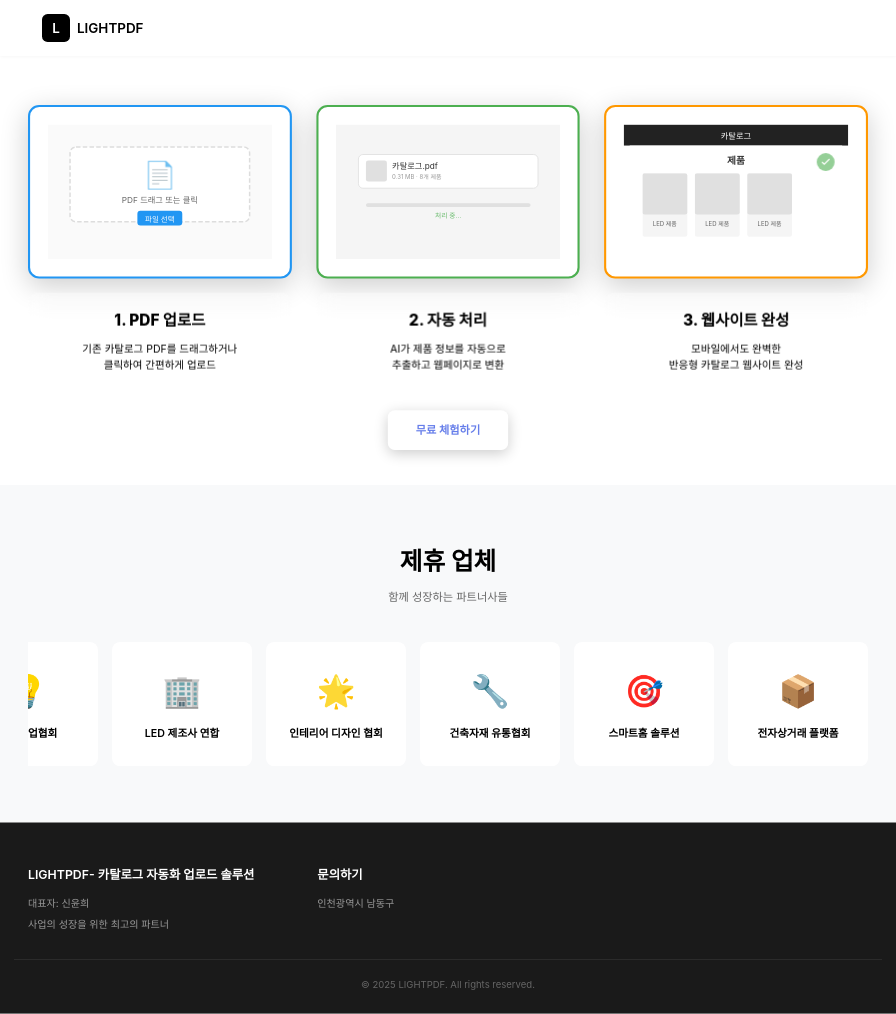
Repository: ororso11/catamaster
Page: index.html
These files come from the project's save history. The page is drawn as it stood at one moment and after the next save; the edit follows.
The browser window is 1280 px wide. The pictures show the part of the page from y = 0 to 1920 px (the page is 1448 px tall before and 3250 px after), at 70% of full size.

Above is the page before, as saved 2025-10-05 00:57:44.

After the next save:
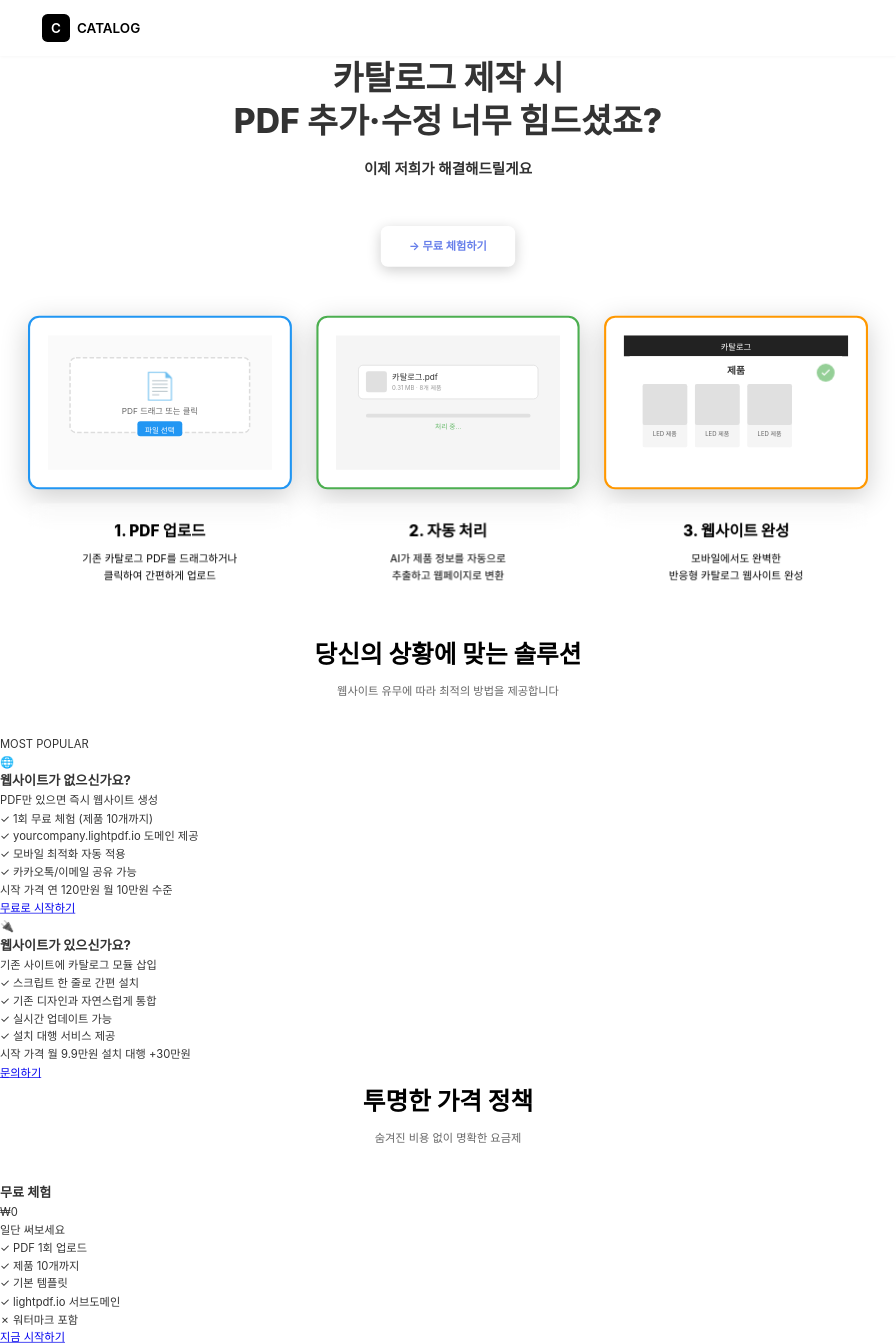
Saved 9 h 23 min later.
--- a/index.html
+++ b/index.html
@@ -3,21 +3,25 @@
 <head>
     <meta charset="UTF-8">
     <meta name="viewport" content="width=device-width, initial-scale=1.0">
-    <title>LIGHTPDF - 카탈로그 자동화 업로드 솔루션</title>
+    <title>카탈로그 자동화 업로드 솔루션</title>
     <link rel="stylesheet" href="style.css">
 </head>
 <body>
     <header>
         <div class="header-container">
             <div class="logo">
-                <div class="logo-icon">L</div>
-                <span>LIGHTPDF</span>
+                <div class="logo-icon">C</div>
+                <span>CATALOG</span>
             </div>
         </div>
     </header>
 
     <section class="hero">
         <div class="hero-content">
+            <h1>카탈로그 제작 시<br>PDF 추가·수정 너무 힘드셨죠?</h1>
+            <p class="subtitle">이제 저희가 해결해드릴게요</p>
+            <a href="dashboard.html" class="cta-button">→ 무료 체험하기</a>
+
             <div class="process-container">
                 <!-- Step 1 -->
                 <div class="process-card">
@@ -96,7 +100,131 @@
                     </div>
                 </div>
             </div>
-              <a href="dashboard.html" class="cta-button">무료 체험하기</a>
+        </div>
+    </section>
+
+    <!-- 솔루션 선택 섹션 -->
+    <section class="solutions-choice">
+        <div class="solutions-container">
+            <h2 class="section-title">당신의 상황에 맞는 솔루션</h2>
+            <p class="section-subtitle">웹사이트 유무에 따라 최적의 방법을 제공합니다</p>
+
+            <div class="choice-grid">
+                <!-- 웹사이트 없는 경우 -->
+                <div class="choice-card featured">
+                    <div class="choice-badge">MOST POPULAR</div>
+                    <div class="choice-icon">🌐</div>
+                    <h3>웹사이트가 없으신가요?</h3>
+                    <p class="choice-description">PDF만 있으면 즉시 웹사이트 생성</p>
+                    <ul class="choice-features">
+                        <li>✓ 1회 무료 체험 (제품 10개까지)</li>
+                        <li>✓ yourcompany.lightpdf.io 도메인 제공</li>
+                        <li>✓ 모바일 최적화 자동 적용</li>
+                        <li>✓ 카카오톡/이메일 공유 가능</li>
+                    </ul>
+                    <div class="choice-price">
+                        <span class="price-label">시작 가격</span>
+                        <span class="price-value">연 120만원</span>
+                        <span class="price-desc">월 10만원 수준</span>
+                    </div>
+                    <a href="#" class="choice-btn primary">무료로 시작하기</a>
+                </div>
+
+                <!-- 웹사이트 있는 경우 -->
+                <div class="choice-card">
+                    <div class="choice-icon">🔌</div>
+                    <h3>웹사이트가 있으신가요?</h3>
+                    <p class="choice-description">기존 사이트에 카탈로그 모듈 삽입</p>
+                    <ul class="choice-features">
+                        <li>✓ 스크립트 한 줄로 간편 설치</li>
+                        <li>✓ 기존 디자인과 자연스럽게 통합</li>
+                        <li>✓ 실시간 업데이트 가능</li>
+                        <li>✓ 설치 대행 서비스 제공</li>
+                    </ul>
+                    <div class="choice-price">
+                        <span class="price-label">시작 가격</span>
+                        <span class="price-value">월 9.9만원</span>
+                        <span class="price-desc">설치 대행 +30만원</span>
+                    </div>
+                    <a href="#" class="choice-btn secondary">문의하기</a>
+                </div>
+            </div>
+        </div>
+    </section>
+
+    <!-- 가격 플랜 섹션 -->
+    <section class="pricing">
+        <div class="pricing-container">
+            <h2 class="section-title">투명한 가격 정책</h2>
+            <p class="section-subtitle">숨겨진 비용 없이 명확한 요금제</p>
+
+            <div class="pricing-grid">
+                <!-- 무료 플랜 -->
+                <div class="pricing-card">
+                    <div class="plan-header">
+                        <h3>무료 체험</h3>
+                        <div class="plan-price">
+                            <span class="price">₩0</span>
+                        </div>
+                        <p class="plan-desc">일단 써보세요</p>
+                    </div>
+                    <ul class="plan-features">
+                        <li>✓ PDF 1회 업로드</li>
+                        <li>✓ 제품 10개까지</li>
+                        <li>✓ 기본 템플릿</li>
+                        <li>✓ lightpdf.io 서브도메인</li>
+                        <li>✗ 워터마크 포함</li>
+                    </ul>
+                    <a href="dashboard.html" class="plan-btn">지금 시작하기</a>
+                </div>
+
+                <!-- 스타터 플랜 -->
+                <div class="pricing-card popular">
+                    <div class="popular-badge">인기</div>
+                    <div class="plan-header">
+                        <h3>스타터</h3>
+                        <div class="plan-price">
+                            <span class="price">₩120만</span>
+                            <span class="period">/년</span>
+                        </div>
+                        <p class="plan-desc">중소 조명업체 최적</p>
+                    </div>
+                    <ul class="plan-features">
+                        <li>✓ PDF 업로드 월 3회</li>
+                        <li>✓ 제품 100개까지</li>
+                        <li>✓ 커스텀 도메인 연결</li>
+                        <li>✓ 워터마크 제거</li>
+                        <li>✓ 이메일 지원</li>
+                    </ul>
+                    <a href="#" class="plan-btn primary">선택하기</a>
+                </div>
+
+                <!-- 프로 플랜 -->
+                <div class="pricing-card">
+                    <div class="plan-header">
+                        <h3>프로</h3>
+                        <div class="plan-price">
+                            <span class="price">₩240만</span>
+                            <span class="period">/년</span>
+                        </div>
+                        <p class="plan-desc">맞춤형 솔루션</p>
+                    </div>
+                    <ul class="plan-features">
+                        <li>✓ PDF 업로드 무제한</li>
+                        <li>✓ 제품 무제한</li>
+                        <li>✓ 디자인 커스터마이징</li>
+                        <li>✓ 문의폼 연동</li>
+                        <li>✓ 전화 지원</li>
+                        <li>✓ 초기 세팅 대행 (+50만)</li>
+                    </ul>
+                    <a href="#" class="plan-btn">문의하기</a>
+                </div>
+            </div>
+
+            <div class="pricing-note">
+                <p>* 모든 요금제는 부가세 별도입니다</p>
+                <p>* 2회차부터 디자인 수정은 회당 20만원~50만원 별도 견적</p>
+            </div>
         </div>
     </section>
 
@@ -123,17 +251,21 @@
     <footer>
         <div class="footer-content">
             <div class="footer-section">
-                <h3>LIGHTPDF- 카탈로그 자동화 업로드 솔루션</h3>
+                <h3>카탈로그 자동화 업로드 솔루션</h3>
                 <p>대표자: 신윤희</p>
                 <p>사업의 성장을 위한 최고의 파트너</p>
             </div>
             <div class="footer-section">
+                <h3>서비스</h3>
+                <p>카탈로그 업로드 솔루션</p>
+            </div>
+            <div class="footer-section">
                 <h3>문의하기</h3>
-                <p>인천광역시 남동구</p>
+                <p>📍 인천광역시 남동구</p>
             </div>
         </div>
         <div class="footer-bottom">
-            <p>&copy; 2025 LIGHTPDF. All rights reserved.</p>
+            <p>&copy; 2025 카탈로그 자동화 업로드 솔루션. All rights reserved.</p>
         </div>
     </footer>
 </body>
